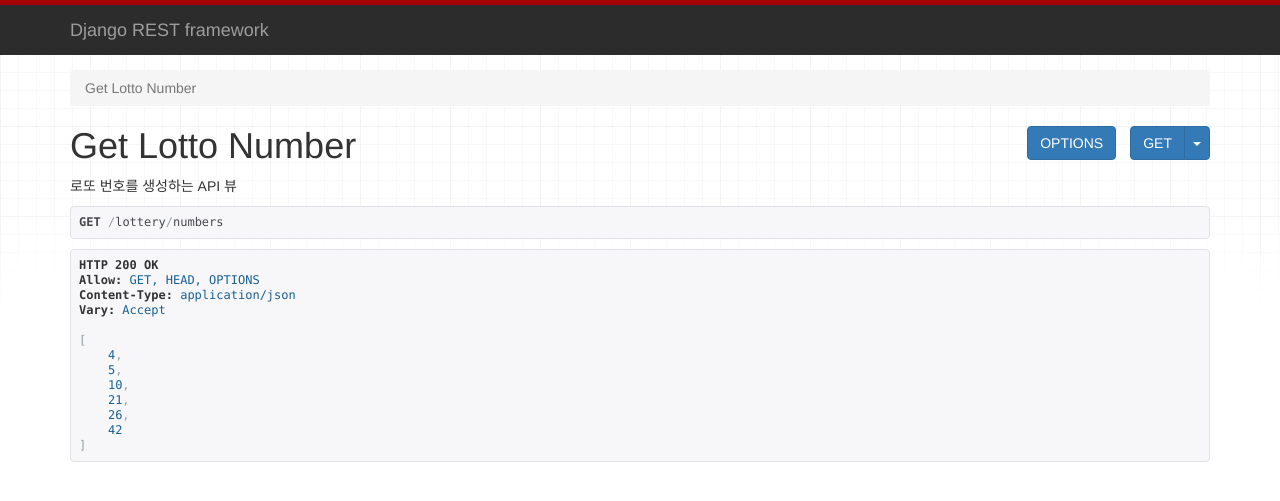
Repository: fall031-muk/Lottery-ticket
Page: http://localhost/lottery/numbers
An editor plug-in stored every save of this project. The page is shown before and after the next save, followed by the edit.
The browser window is 1280 px wide. The pictures show the whole page.
The page is served by the project's application, run on Django 4.2 (manage.py). Other server files are loaded and not shown.

Above is the page before, as saved 2025-03-18 14:48:35.

### lotto/api/views.py
import random
import requests

from rest_framework import status
from rest_framework.response import Response
from rest_framework.views import APIView
from django.shortcuts import render


class LottoMainView(APIView):
    """
    로또 메인 페이지를 렌더링하는 뷰
    """
    def get(self, request):
        return render(request, 'lotto/index.html')


class GetLottoNumber(APIView):
    """
    로또 번호를 생성하는 API 뷰
    """
    def get(self, request):
        # 직전 회차 번호 제외 여부
        exclude_last = request.GET.get('exclude_last', 'false').lower() == 'true'

        # 직전 회차 번호 가져오기
        last_draw_numbers = []
        if exclude_last:
            # 현재 최신 회차를 가정 (실제로는 동적으로 계산해야 함)
            current_draw = 1065
            try:
                lotto_url = f"https://www.dhlottery.co.kr/common.do?method=getLottoNumber&drwNo={current_draw}"
                lotto_response = requests.get(lotto_url)
                data = lotto_response.json()

                if data.get('returnValue') == 'success':
                    last_draw_numbers = [
                        data.get('drwtNo1'), data.get('drwtNo2'), data.get('drwtNo3'),
                        data.get('drwtNo4'), data.get('drwtNo5'), data.get('drwtNo6')
                    ]
            except Exception as e:
                print(f"API 호출 오류: {e}")

        # 사용 가능한 숫자 배열 생성
        available_numbers = []
        for i in range(1, 46):
            if exclude_last and i in last_draw_numbers:
                continue
            available_numbers.append(i)

        # 무작위로 6개 번호 선택
        lotto_number = random.sample(available_numbers, 6)
        lotto_number.sort()

        return Response(lotto_number, status=status.HTTP_200_OK)

### muk_project/urls.py
"""muk_project URL Configuration

The `urlpatterns` list routes URLs to views. For more information please see:
    https://docs.djangoproject.com/en/4.1/topics/http/urls/
Examples:
Function views
    1. Add an import:  from my_app import views
    2. Add a URL to urlpatterns:  path('', views.home, name='home')
Class-based views
    1. Add an import:  from other_app.views import Home
    2. Add a URL to urlpatterns:  path('', Home.as_view(), name='home')
Including another URLconf
    1. Import the include() function: from django.urls import include, path
    2. Add a URL to urlpatterns:  path('blog/', include('blog.urls'))
"""
from django.contrib import admin
from django.urls import path
from django.urls.conf import include

urlpatterns = [
    path('admin/', admin.site.urls),
    path('lottery/', include('lotto.urls')),
]

### lotto/urls.py
from django.urls import path
from lotto.api.views import GetLottoNumber

urlpatterns = [
    path('numbers', GetLottoNumber.as_view(), name='get_lotto'), #127.0.0.1:8000/lottery/numbers
]

After the next save:
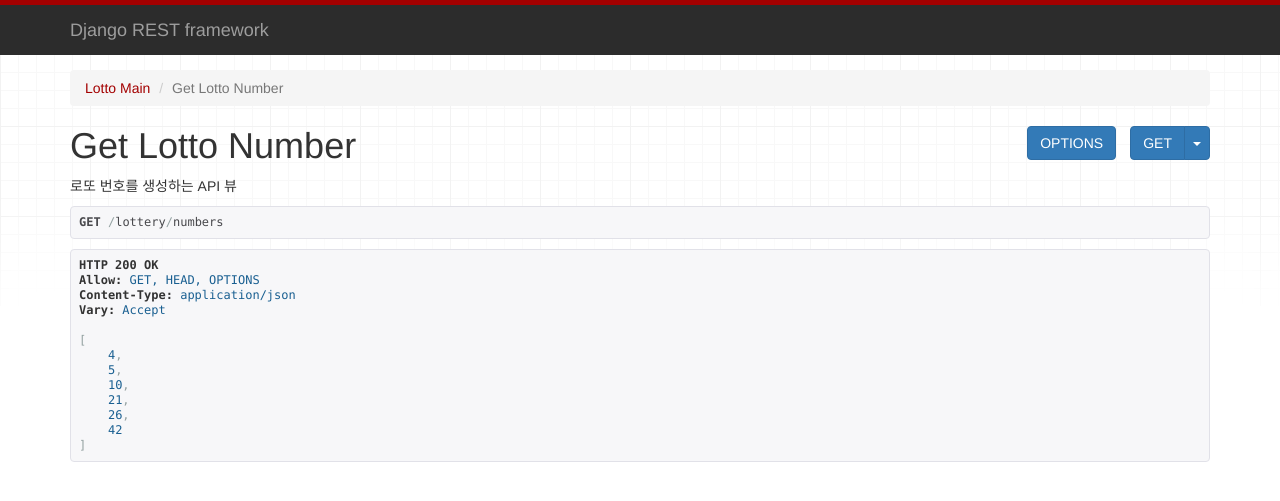
Saved 10 s later.
--- a/lotto/urls.py
+++ b/lotto/urls.py
@@ -1,6 +1,7 @@
 from django.urls import path
-from lotto.api.views import GetLottoNumber
+from lotto.api.views import GetLottoNumber, LottoMainView
 
 urlpatterns = [
-    path('numbers', GetLottoNumber.as_view(), name='get_lotto'), #127.0.0.1:8000/lottery/numbers
+    path('', LottoMainView.as_view(), name='lotto_main'),  # 메인 페이지
+    path('numbers', GetLottoNumber.as_view(), name='get_lotto'),  # API 엔드포인트
 ]
